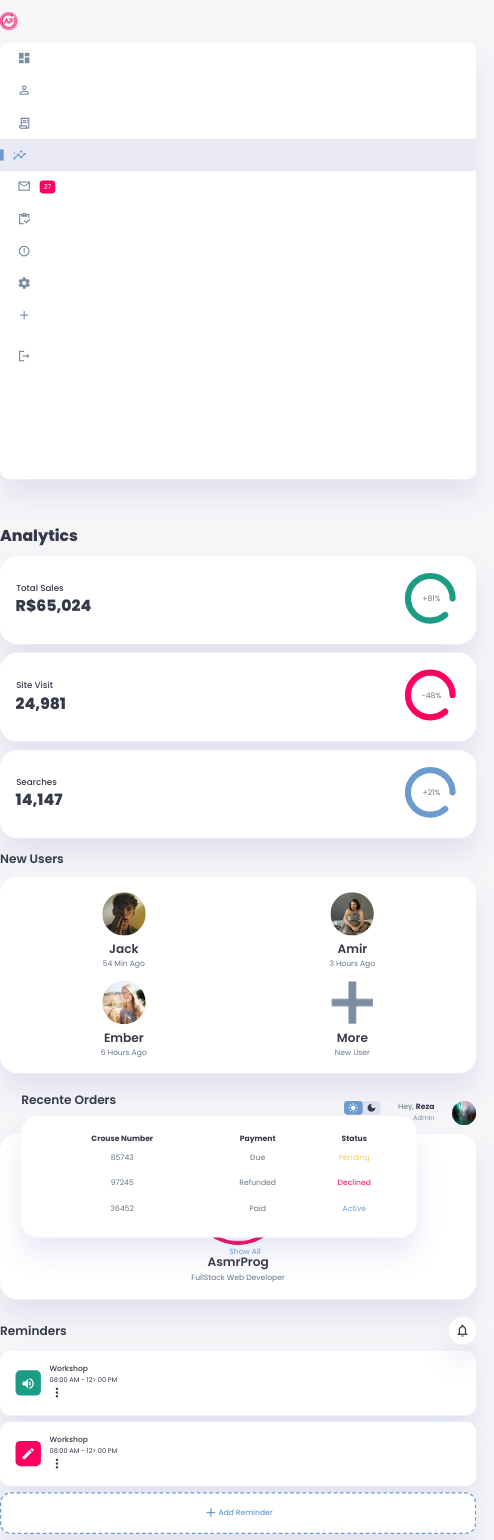
Repository: pheonix5/ProjetosRN-linux
Page: DashBoard/index.html
An editor plug-in stored every save of this project. The page is shown before and after the next save, followed by the edit.
The browser window is 768 px wide. The page is 796 px wide, then 779 px, so the pictures cover 796 px, including what lies to the right of the window. The pictures show the whole page, at 62% of full size.

Above is the page before, as saved 2023-08-06 03:32:34.

After the next save:
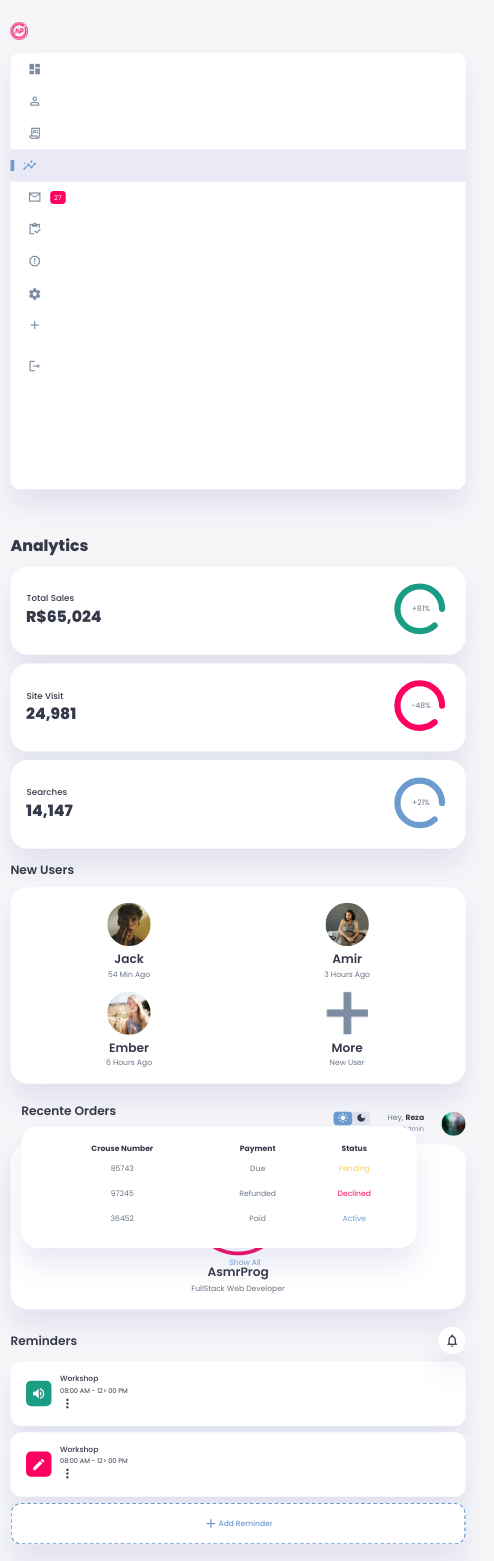
Saved 11 s later.
--- a/DashBoard/style.css
+++ b/DashBoard/style.css
@@ -594,5 +594,6 @@ main .recent-orders a{
   .container{
     width: 100%;
     grid-template-columns: 1fr;
-  }
-}
+    padding: var(--padding-1);
+  }
+}
